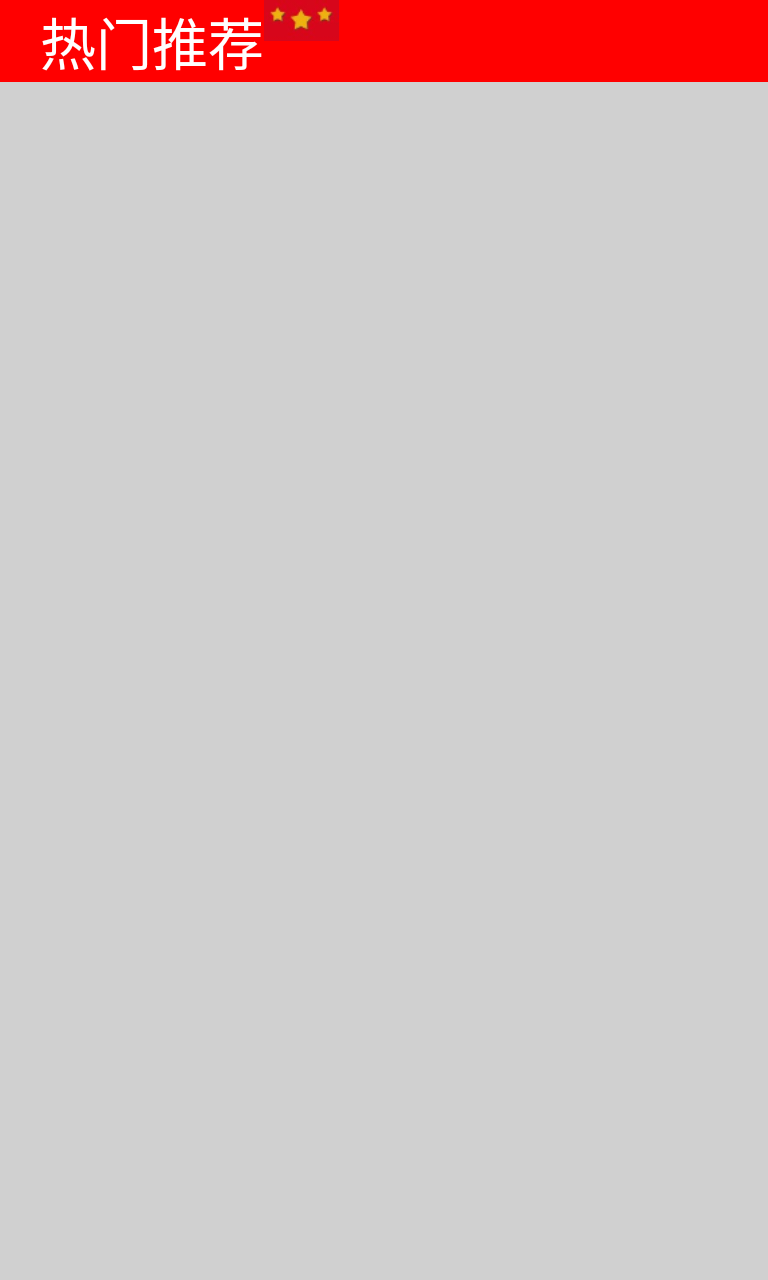
Repository: hhxiaojQCS/QCS_ListView
Layout: QCS/res/layout/activity_toprecommended.xml
An editor plug-in stored every save of this project. The layout is shown before and after the next save, followed by the edit.
It is drawn on a 768 x 1280 px phone screen (xhdpi) without system bars, with theme AppTheme; the app's code is not run. Lists and similar views that code fills are empty.

Above is the layout before, as saved 2013-08-07 07:06:39.

After the next save:
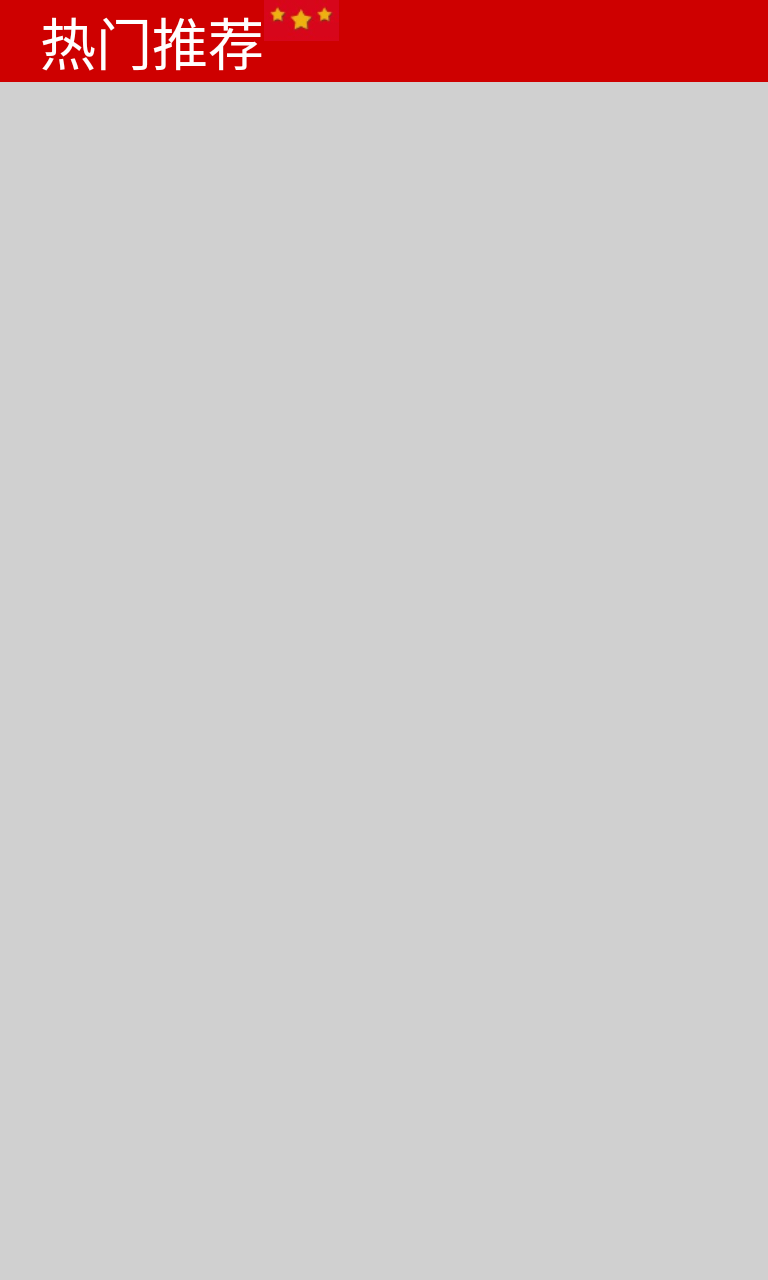
Saved 2 min 57 s later.
--- a/QCS/res/layout/activity_toprecommended.xml
+++ b/QCS/res/layout/activity_toprecommended.xml
@@ -10,7 +10,7 @@
     <LinearLayout
         android:layout_width="fill_parent"
         android:layout_height="wrap_content"
-        android:background="#FF0000"
+        android:background="#CE0000"
         android:gravity="left"
         android:paddingLeft="20dip"
         android:orientation="horizontal" >
